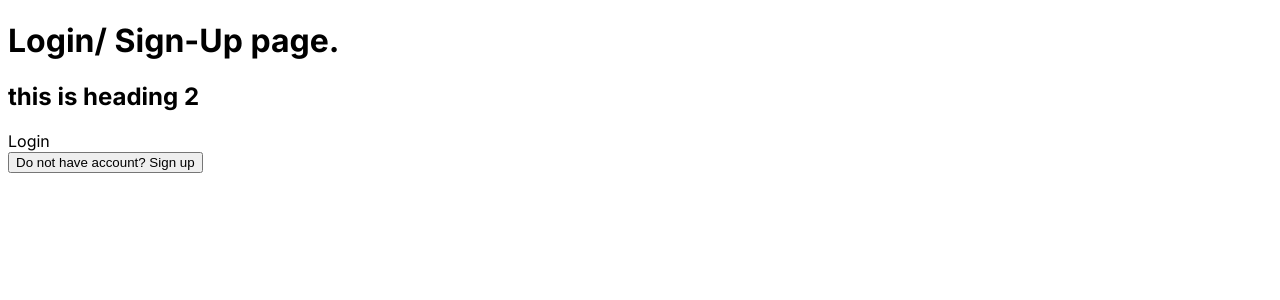
Repository: its-kundan/food-on-time
Page: /restaurant
These files come from the project's save history. The page is drawn as it stood at one moment and after the next save; the edit follows.
The browser window is 1280 px wide. The pictures show the whole page.
The project was rebuilt for these pictures with package versions that can differ from the ones it lists, and the page was loaded fresh each time. The framework's server and built-in components were replaced by stand-ins that run in the browser. Also part of the build but not shown: next.config.mjs, src/app/globals.css, src/app/_components/SignUp.jsx.

Above is the page before, as saved 2024-07-24 19:34:49.

### src/app/restaurant/page.js
/* disable eslint */
"use client"
import React from 'react'
import { useState } from 'react';

import Login from '@/app/_components/Login'
import Signup from '@/app/_components/Signup'

function Restaurant() {
    const [login,setLogin] = useState(true);
  return (
    <>
    <h1> Login/ Sign-Up page.</h1>
    <h2> this is heading 2</h2>
    {
        login?<Login/>:<Signup/>
    }


    <div>

    <button onClick={()=>{setLogin(!login)}}>
      {login?"Do not have account? Sign up":"Already have an account? Login"}

    </button>
    </div>
    </>
  )
}

export default Restaurant

### src/app/_components/Login.jsx
import React from 'react'

function Login() {
  return (
    <>
        Login
    </>
  )
}

export default Login

Loaded but not shown: src/app/layout.js (common file); tailwind.config.js (common file)

After the next save:
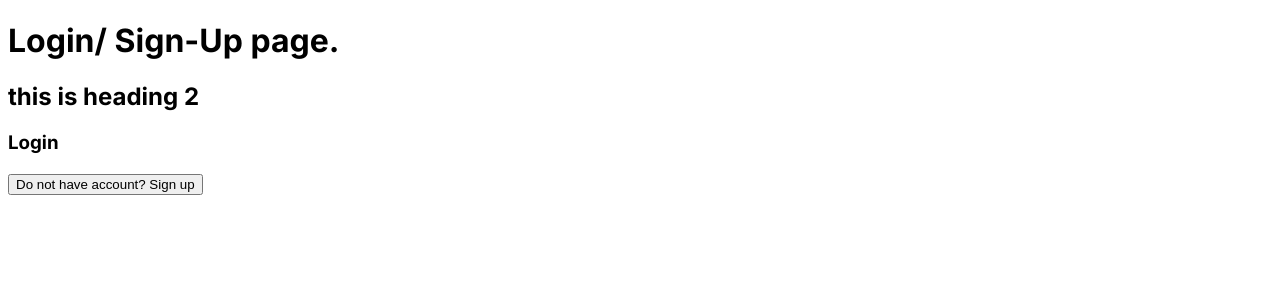
Saved 61 s later.
--- a/src/app/_components/Login.jsx
+++ b/src/app/_components/Login.jsx
@@ -3,7 +3,7 @@ import React from 'react'
 function Login() {
   return (
     <>
-        Login
+        <h3> Login </h3>
     </>
   )
 }
